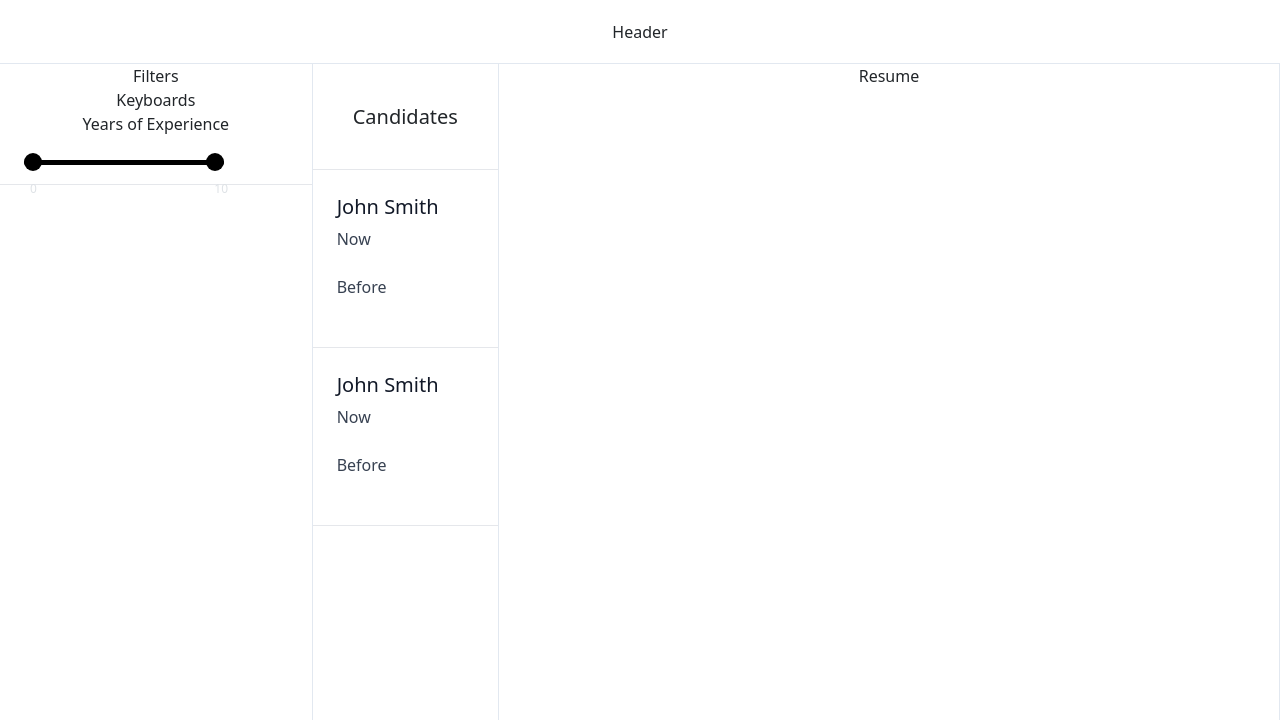
Repository: VictorJPimentel/Resume-Matcher
Page: / (app in frontend/)
These files come from the project's save history. The page is drawn as it stood at one moment and after the next save; the edit follows.
The browser window is 1280 px wide. The pictures show the whole page.
The project was rebuilt for these pictures with package versions that can differ from the ones it lists, and the page was loaded fresh each time. Also part of the build but not shown: frontend/src/components/FileUpload.jsx.

Above is the page before, as saved 2022-08-09 21:47:46.

After the next save:
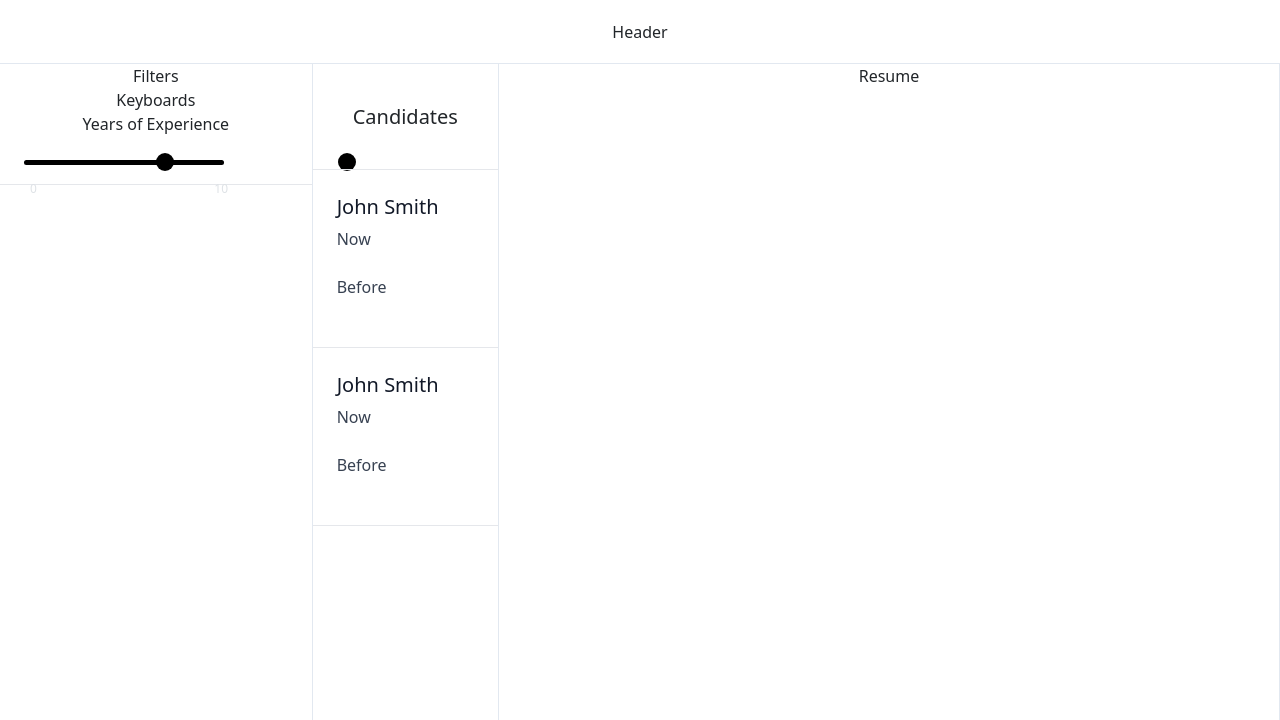
Saved 16 s later.
--- a/frontend/src/components/multiRangeSlider/MultiRangeSlider.jsx
+++ b/frontend/src/components/multiRangeSlider/MultiRangeSlider.jsx
@@ -42,7 +42,7 @@
   }, [minVal, maxVal, onChange]);
 
   return (
-    <div class="flex border-b bg-white-100 p-6 items-center">
+    <div class="border-b bg-white-100 p-6 items-center">
       <input
         type="range"
         min={min}

After the save that followed:
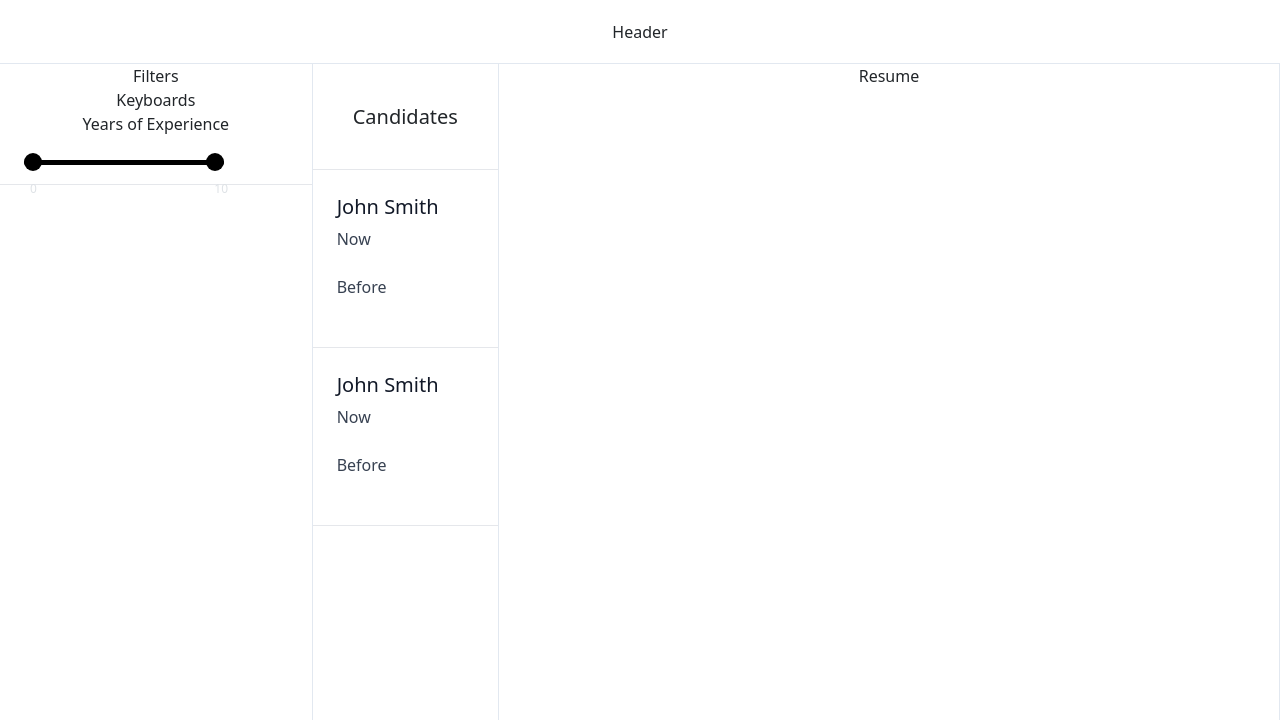
Saved 10 s later.
--- a/frontend/src/components/multiRangeSlider/MultiRangeSlider.jsx
+++ b/frontend/src/components/multiRangeSlider/MultiRangeSlider.jsx
@@ -42,7 +42,7 @@
   }, [minVal, maxVal, onChange]);
 
   return (
-    <div class="border-b bg-white-100 p-6 items-center">
+    <div class="flex border-b bg-white-100 p-6 items-center">
       <input
         type="range"
         min={min}
